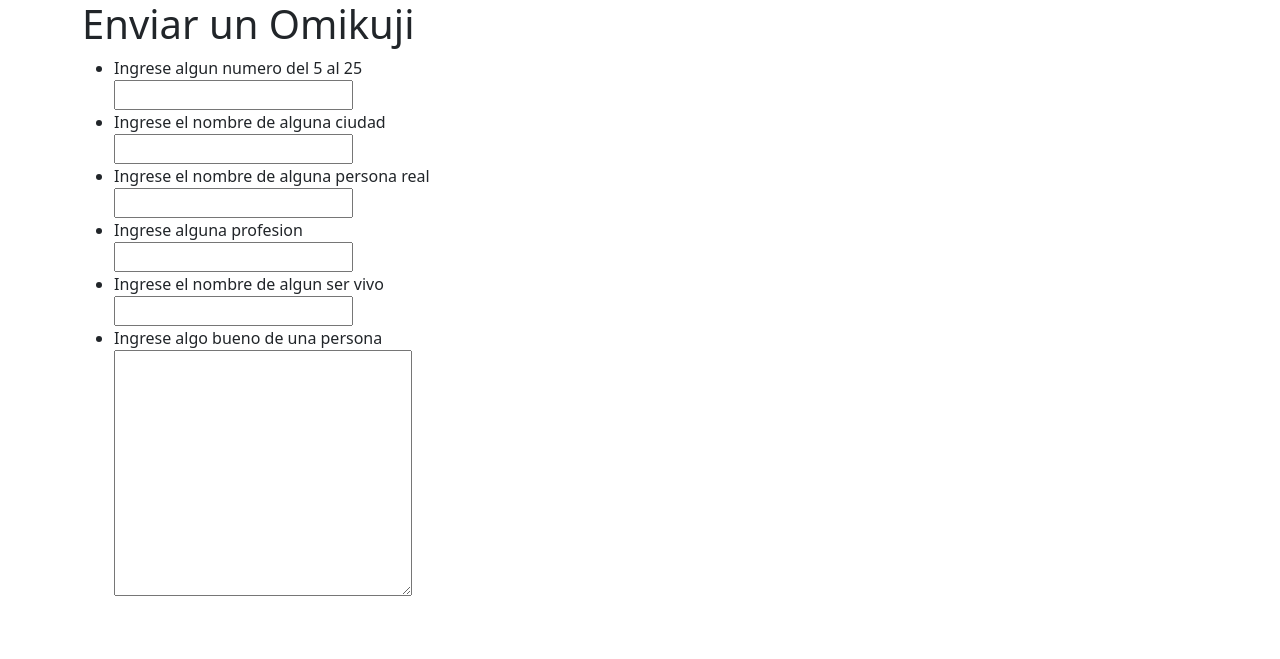
Repository: fanoneytor/condingDojo-JavaSpring
Page: http://localhost/Omikuji/WEB-INF/index.jsp
The author's editor kept a copy of each file at every save. The page is drawn from the files as they stood at one save, then again after the next save.
The browser window is 1280 px wide. The pictures show the whole page.
The page is served by Tomcat 9. Nobody is signed in. The template is opened directly, without the code that normally fills it, so the values that code supplies are empty.

Above is the page before, as saved 2023-03-12 17:24:05.

After the next save:
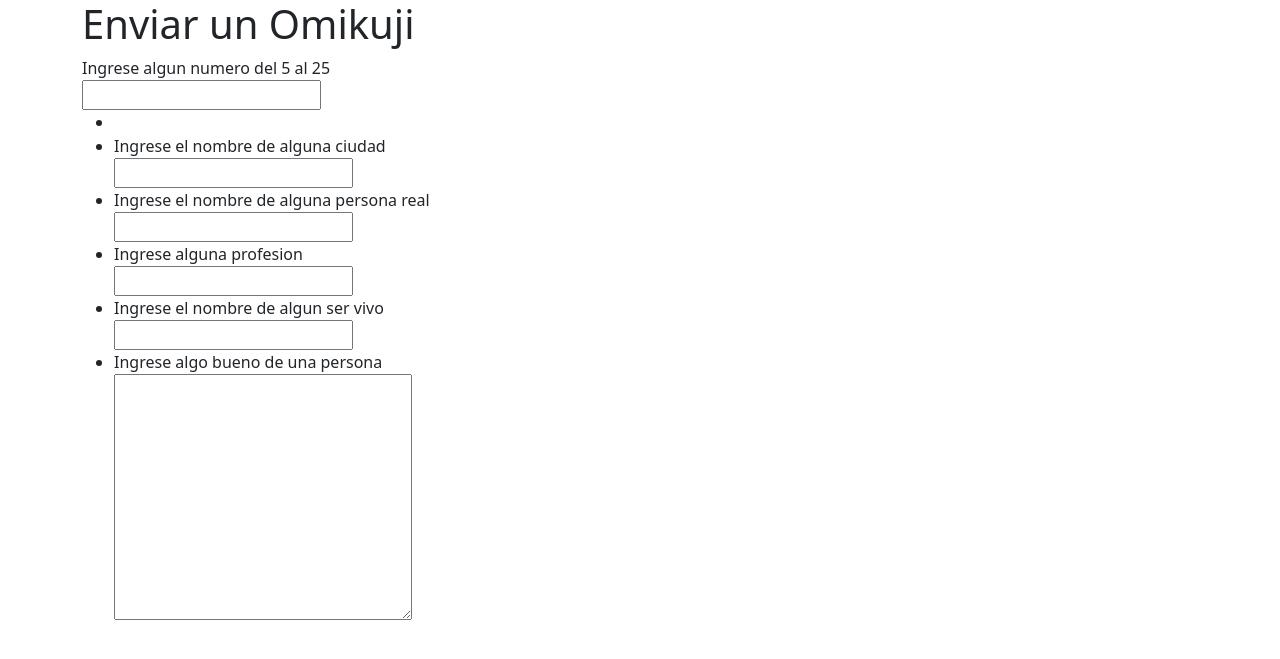
Saved 44 s later.
--- a/workspace/Omikuji/src/main/webapp/WEB-INF/index.jsp
+++ b/workspace/Omikuji/src/main/webapp/WEB-INF/index.jsp
@@ -14,10 +14,13 @@
 			<div class="col-4">
 				<h1>Enviar un Omikuji</h1>
 				<form action="/enviarOmikuji" method="POST">
+					<div class="form-group">
+						<label for="numero">Ingrese algun numero del 5 al 25</label>
+						<input type="number" />
+					</div>
 					<ul>
 						<li>
-							<label for="numero">Ingrese algun numero del 5 al 25</label>
-							<input type="number" />
+
 						</li>
 						<li>
 							<label for="nombreCiudad">Ingrese el nombre de alguna ciudad</label>
